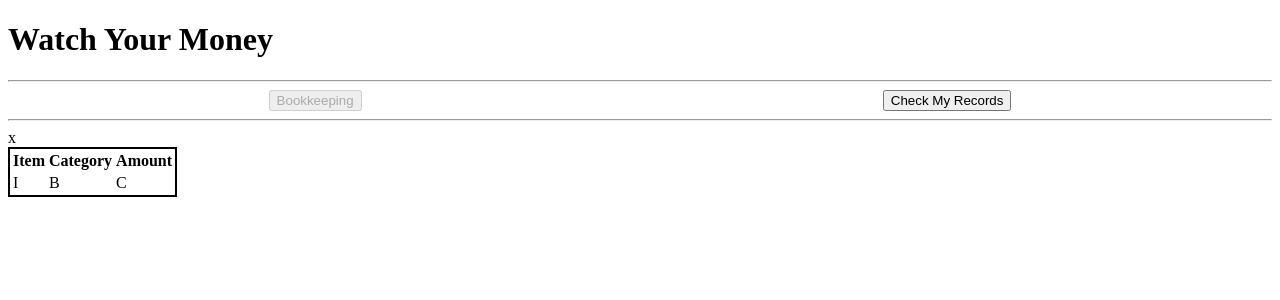
Repository: chelsea9869/Hackathon-TNT
Page: http://localhost/app/watch_your_money.php
The author's editor kept a copy of each file at every save. The page is drawn from the files as they stood at one save, then again after a run of saves.
The browser window is 1280 px wide. The pictures show the whole page.
The page is run by PHP 8.4 with error messages shown; the project is at /var/www/html/.

Above is the page before, as saved 2020-09-05 11:17:46.

### app/watch_your_money.php
<!DOCTYPE html>
<html lang="en">
<head>
    <meta charset="UTF-8">
    <meta name="viewport" content="width=device-width, initial-scale=1.0">
    <title>Watch Your Money</title>
</head>
<body>
    <h1>Watch Your Money</h1>
    <hr>
    <div id='function' style='display: flex;justify-content: space-around;'>
        <div id='bookkeeping-button'>
            <button disabled="disabled">Bookkeeping</button>
        </div>
        <div id='check-records-button'>
            <button>Check My Records</button>
        </div>
    </div>
    <hr>
    <div id='main-content'>
        <div id='bookkeeping'>x
        <form name='bookkeeping-form' action="post">
            <table id='bookkeeping-form-table' style="border:2px solid">
                    <tr>
                        <th>Item</th>
                        <th>Category</th>
                        <th>Amount</th>
                    </tr>
                    <tr>
                        <td>I</td>
                        <td>B</td>
                        <td>C</td>
                    </tr>
                </table>
            </form>
        </div>
    </div>
</body>
</html>

After the next 8 saves:
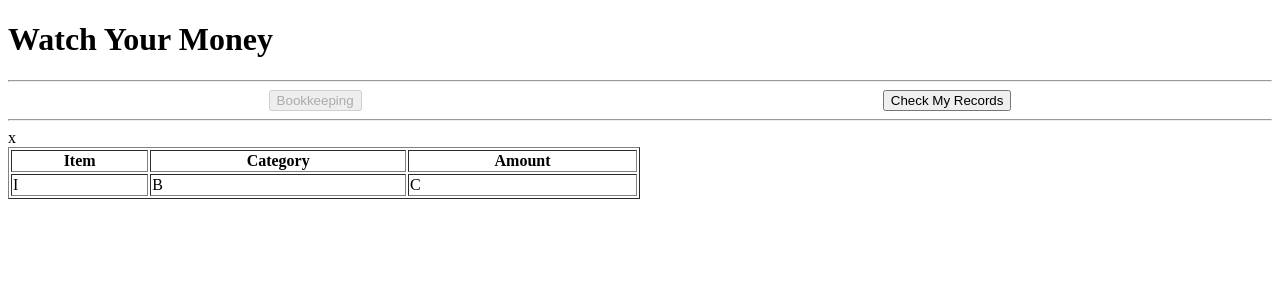
The 8 saves are shown as one change because they came seconds apart.
The last was saved 42 s later.
--- a/app/watch_your_money.php
+++ b/app/watch_your_money.php
@@ -20,7 +20,7 @@
     <div id='main-content'>
         <div id='bookkeeping'>x
         <form name='bookkeeping-form' action="post">
-            <table id='bookkeeping-form-table' style="border:2px solid">
+            <table id='bookkeeping-form-table' border="1px" width='50%'>
                     <tr>
                         <th>Item</th>
                         <th>Category</th>
